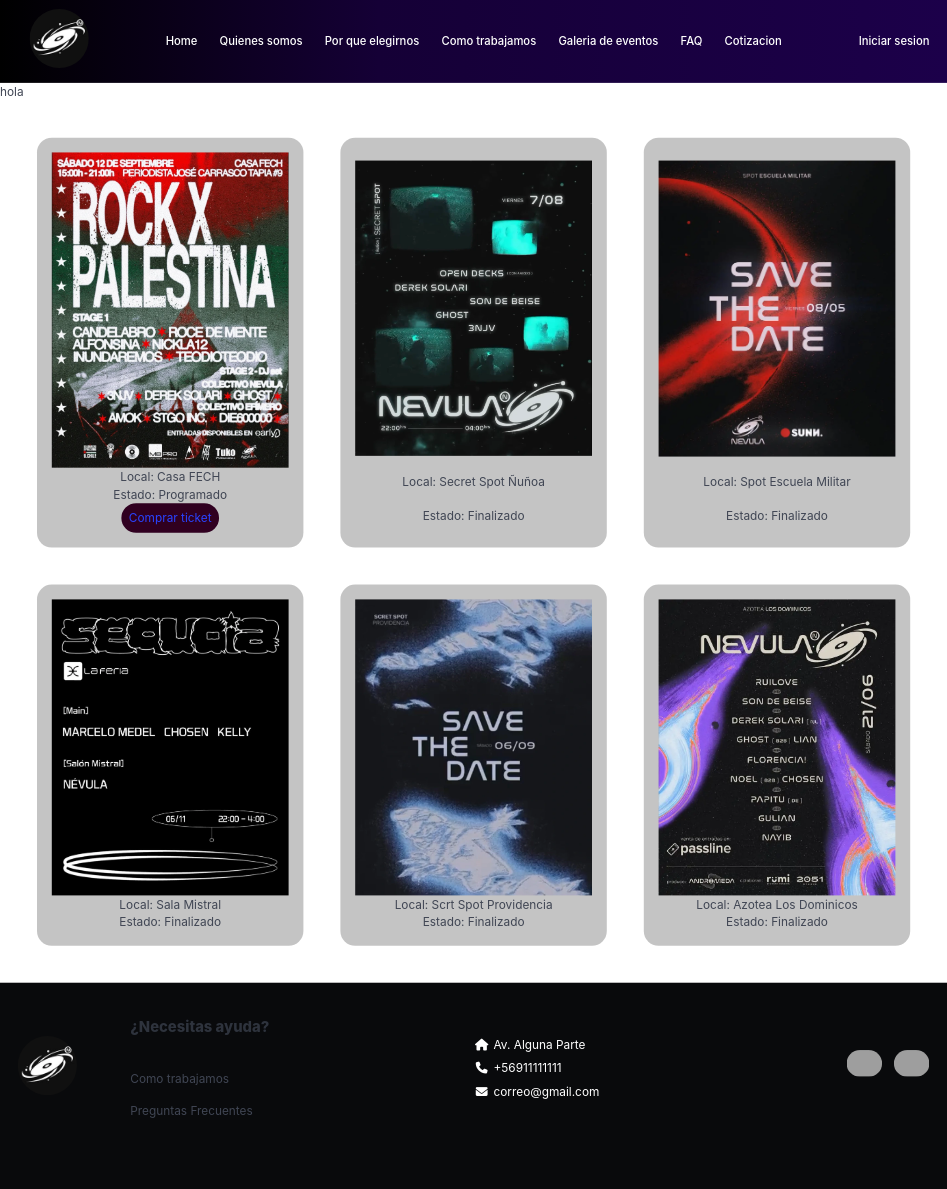
Repository: ChrisMalhue/PaginaNebula
Page: pages/eventos.html
An editor plug-in stored every save of this project. The page is shown before and after the next save, followed by the edit.
The browser window is 1280 px wide. The pictures show the whole page, at 74% of full size.
Pictures or frames that could not be fetched are drawn as grey boxes.

Above is the page before, as saved 2026-09-09 21:43:24.

After the next save:
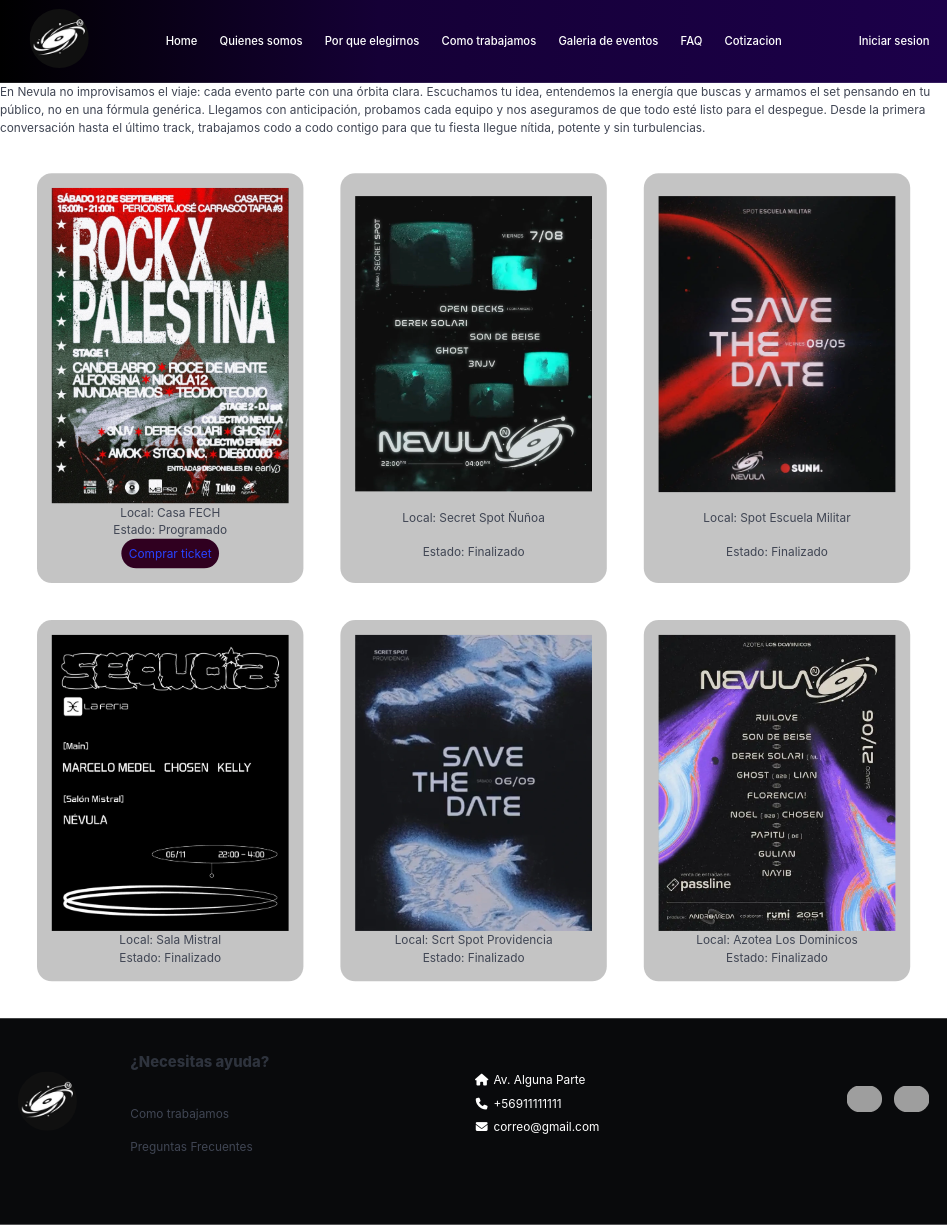
Saved 36 s later.
--- a/pages/eventos.html
+++ b/pages/eventos.html
@@ -12,7 +12,7 @@
     <header id ="header"></header>
 
     <section id="trabajamos">
-            <p>hola</p>
+            <p>En Nevula no improvisamos el viaje: cada evento parte con una órbita clara. Escuchamos tu idea, entendemos la energía que buscas y armamos el set pensando en tu público, no en una fórmula genérica. Llegamos con anticipación, probamos cada equipo y nos aseguramos de que todo esté listo para el despegue. Desde la primera conversación hasta el último track, trabajamos codo a codo contigo para que tu fiesta llegue nítida, potente y sin turbulencias.</p>
     </section>
 
     <section id="fotos">
